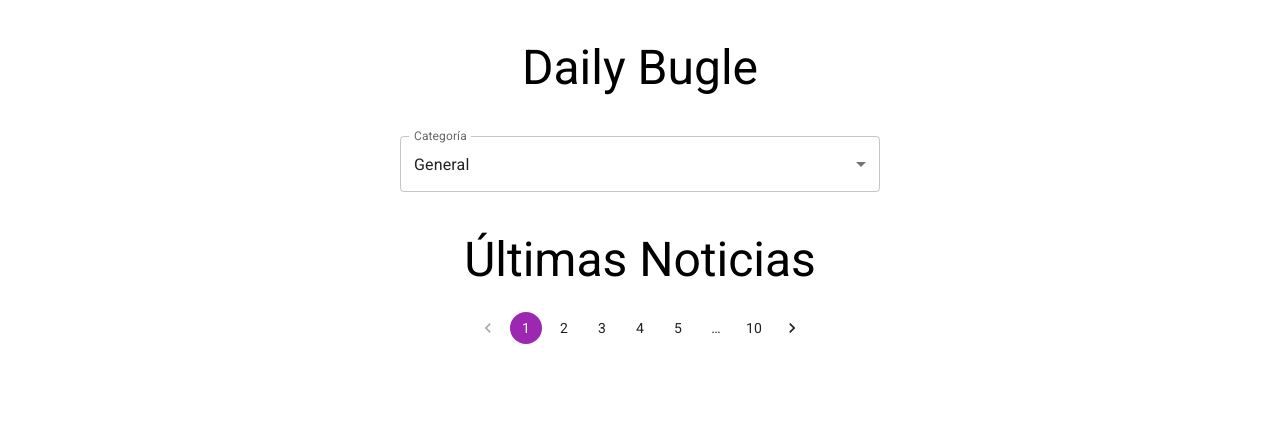
Repository: CarlosCamposRodriguez99/noticiasApp
Page: /
These files come from the project's save history. The page is drawn as it stood at one moment and after a run of saves; the edit follows.
The browser window is 1280 px wide. The pictures show the whole page.
The page's requests for data from a server got no answer. Some web fonts or font styles are not loaded; a fallback is used. The project was rebuilt for these pictures with package versions that can differ from the ones it lists, and the page was loaded fresh each time. No one was signed in, and anything a server would have sent is missing. Also part of the build but not shown: vite.config.js, src/components/Noticia.jsx.

Above is the page before, as saved 2022-06-08 17:36:31.

### index.html
<!DOCTYPE html>
<html lang="en">
  <head>
    <meta charset="UTF-8" />
    <link rel="icon" type="image/svg+xml" href="/src/favicon.svg" />
    <meta name="viewport" content="width=device-width, initial-scale=1.0" />
    <title>Buscador de Noticias</title>
    <link rel="preconnect" href="https://fonts.googleapis.com">
    <link rel="preconnect" href="https://fonts.gstatic.com" crossorigin>
    <link href="https://fonts.googleapis.com/css2?family=Joan&family=Roboto:wght@300;400;500;700&display=swap" rel="stylesheet">
  </head>
  <body>
    <div id="root"></div>
    <script type="module" src="/src/main.jsx"></script>
  </body>
</html>

### src/App.jsx
import { Container, Grid, Typography } from '@mui/material';
import Formulario from './components/Formulario';
import ListadoNoticias from './components/ListadoNoticias';
import { NoticiasProvider } from './context/NoticiasProvider';

function App() {

  return (
    <NoticiasProvider>
      <Container>
          <header>
            <Typography
              align="center"
              marginY={5}
              component='h1'
              variant='h3'
            >
              Daily Bugle
            </Typography>
          </header>

        <Grid
          container
          direction='row'
          justifyContent='center'
          alignItems='center'
        >
          <Grid item md={6} xs={12} lg={5}>
            <Formulario />

          </Grid>
        </Grid>

        <ListadoNoticias/>

      </Container>
    </NoticiasProvider>
  )
}

export default App

### src/components/Formulario.jsx
import { FormControl, InputLabel, Select, MenuItem } from '@mui/material';
import useNoticias from '../context/useNoticias';

const CATEGORIAS = [
  { value: 'general', label: 'General'},
  { value: 'business', label: 'Negocios'},
  { value: 'entertainment', label: 'Entretenimiento'},
  { value: 'health', label: 'Salud'},
  { value: 'science', label: 'Ciencia'},
  { value: 'sports', label: 'Deportes'},
  { value: 'technology', label: 'Tecnología'},
]

const Formulario = () => {

  const {categoria, handleChangeCategoria} = useNoticias();

  return (
    <form>
      <FormControl fullWidth>
        <InputLabel>Categoría</InputLabel>
        <Select
          label="categoria"
          onChange={handleChangeCategoria}
          value={categoria}
        >
          {CATEGORIAS.map(categoria => (
            <MenuItem
              key={categoria.value}
              value={categoria.value}
            >
              {categoria.label}
            </MenuItem>
          ))}

        </Select>

      </FormControl>
    </form>
  )
}

export default Formulario

### src/components/ListadoNoticias.jsx
import Grid from '@mui/material/Grid';
import Typography from '@mui/material/Typography';
import Pagination from '@mui/material/Pagination';
import Stack from '@mui/material/Stack';
import useNoticias from '../context/useNoticias';
import Noticia from './Noticia';

const ListadoNoticias = () => {

  const { noticias } = useNoticias();

  return (
    <>
        <Typography
          textAlign='center'
          marginY={5}
          variant='h3'
          component='h2'
        >
          Últimas Noticias
        </Typography>

        <Grid
          container
          spacing={2}
        >
          {noticias.map(noticia => (
            <Noticia
              noticia={noticia}
              key={noticia.url}
            />
          ))}
        </Grid>

        <Stack
          spacing={2}
          direction='row'
          justifyContent='center'
          alignItems='center'
        >
          <Pagination count={10} color='secondary' />
        </Stack>
    </>
  )
}

export default ListadoNoticias;

### src/context/NoticiasProvider.jsx
import { useState, useEffect, createContext }from 'react';
import axios from 'axios';


const NoticiasContext = createContext()

const NoticiasProvider = ({children}) => {

  const [categoria, setCategoria] = useState('general');
  const [noticias, setNoticias] = useState([]);
  const [pagina, setPagina] = useState(1);
  const [totalNoticias, setTotalNoticias] = useState(1);

  const handleChangeCategoria = e => {
    setCategoria(e.target.value)
  }

  useEffect(() => {
    const consultarAPI = async () => {
      const url = `https://newsapi.org/v2/top-headlines?country=mx&category=${categoria}&apiKey=${import.meta.env.VITE_API_KEY}`;

      const { data } = await axios(url);

      setNoticias(data.articles);
      setTotalNoticias(data.totalResults);

    }
    consultarAPI();

  }, [categoria])


  return (
    <NoticiasContext.Provider
      value={{
        categoria,
        handleChangeCategoria,
        noticias

      }}
    >
        {children}

    </NoticiasContext.Provider>
  )
}

export {
  NoticiasProvider
}

export default NoticiasContext;

### src/context/useNoticias.jsx
import { useContext }from 'react';
import NoticiasContext from '../context/NoticiasProvider';

const useNoticias = () => {
  return useContext(NoticiasContext)
}

export default useNoticias;

Loaded but not shown: src/main.jsx (common file)

After the next 2 saves:
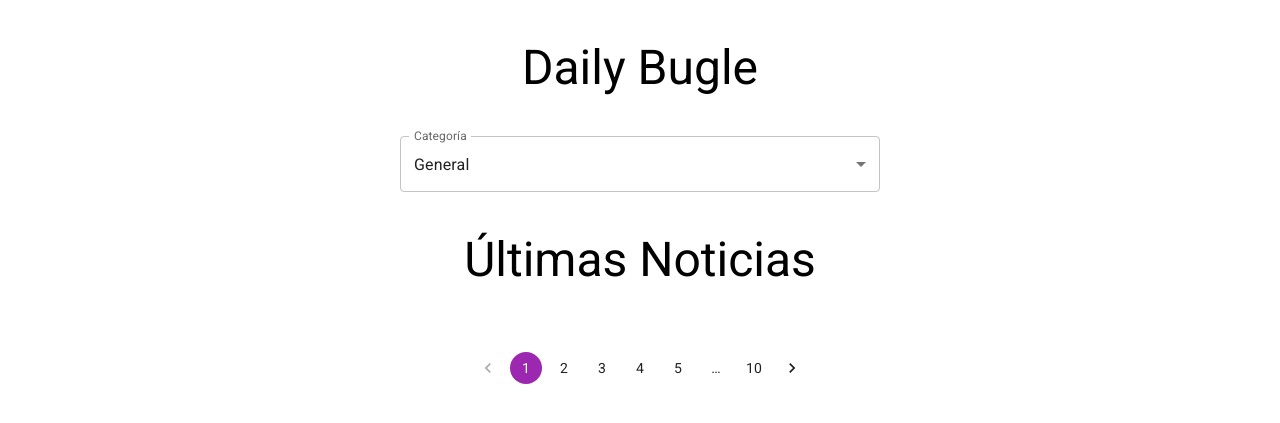
The 2 saves are shown as one change because 1 did not build or start.
The last was saved 52 s later.
--- a/src/components/ListadoNoticias.jsx
+++ b/src/components/ListadoNoticias.jsx
@@ -37,6 +37,9 @@
           direction='row'
           justifyContent='center'
           alignItems='center'
+          sx={{
+            marginY: 5
+          }}
         >
           <Pagination count={10} color='secondary' />
         </Stack>
